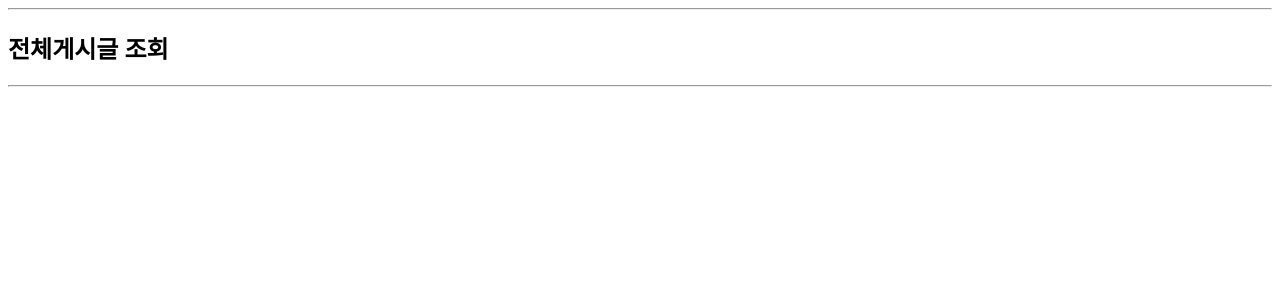
Repository: sunnny10/web-workspace
Page: http://localhost/Mission-Web/jsp/board/list.jsp
The author's editor kept a copy of each file at every save. The page is drawn from the files as they stood at one save, then again after the next save.
The browser window is 1280 px wide. The pictures show the whole page.
The page is served by Tomcat 9.

Above is the page before, as saved 2022-06-02 06:53:03.

After the next save:
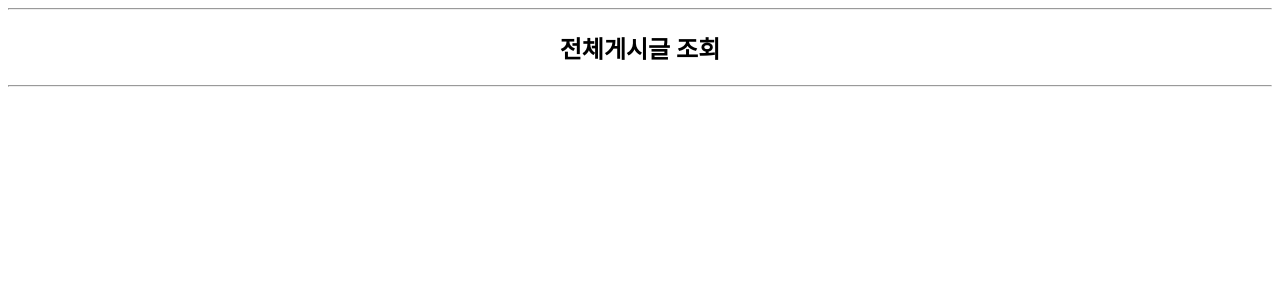
Saved 89 s later.
--- a/Mission-Web/src/main/webapp/jsp/board/list.jsp
+++ b/Mission-Web/src/main/webapp/jsp/board/list.jsp
@@ -7,8 +7,10 @@
 <title>게시물 목록</title>
 </head>
 <body>
-	<hr>
-	<h2>전체게시글 조회</h2>
-	<hr>
+	<div align="center">
+		<hr>
+		<h2>전체게시글 조회</h2>
+		<hr>
+	</div>
 </body>
 </html>
